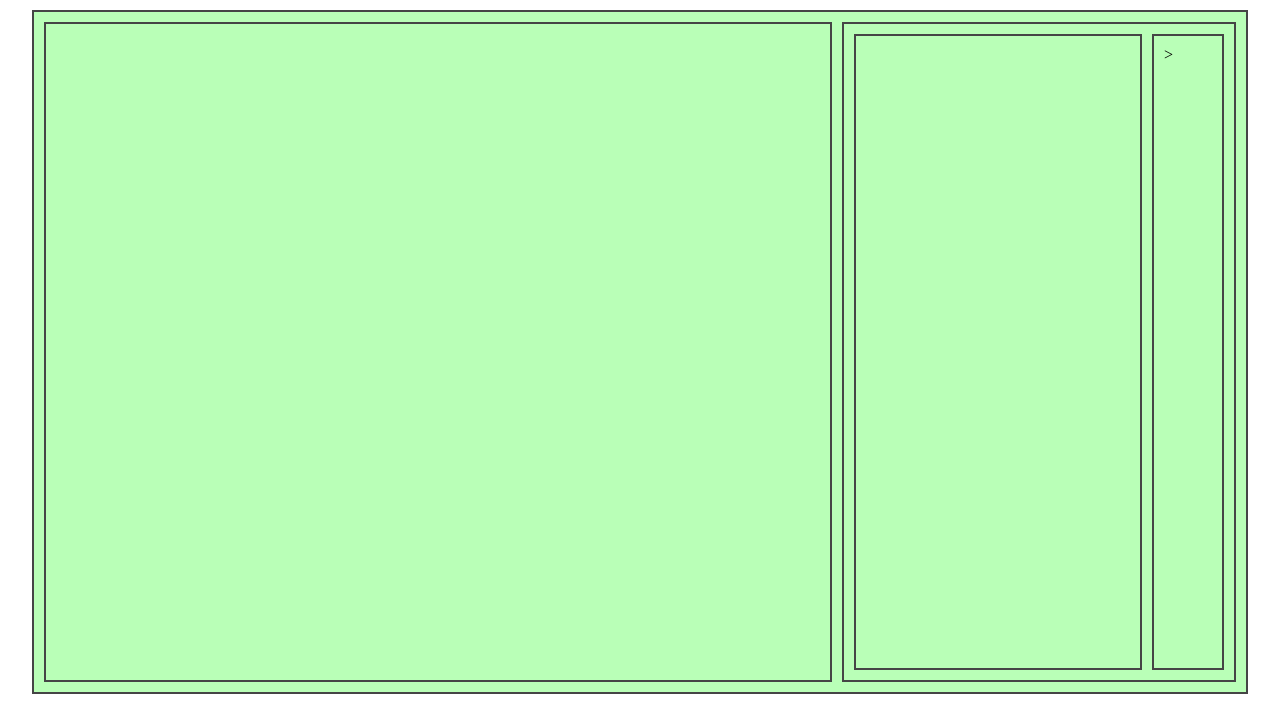
Repository: tannerbroberts/tannerbroberts.github.io
Page: /
The author's editor kept a copy of each file at every save. The page is drawn from the files as they stood at one save, then again after a run of saves.
The browser window is 1280 px wide. The pictures show the whole page.
The project was rebuilt for these pictures with package versions that can differ from the ones it lists, and the page was loaded fresh each time. Also part of the build but not shown: vite.config.ts.

Above is the page before, as saved 2022-10-04 09:52:18.

### src/index.js
import React from "react"
import ReactDOM from "react-dom/client"
import App from "./App"
import ATP_ContextProvider from "./providers/ATP_Context"

const root = ReactDOM.createRoot(document.getElementById("root"))
root.render(
	<React.StrictMode>
		<ATP_ContextProvider>
			<React.StrictMode>
				<App />
			</React.StrictMode>
		</ATP_ContextProvider>
	</React.StrictMode>
)

### src/App.js
import React from "react"
import { cssHelper } from "./api/cssHelper"
import Main from "./components/Main"
import Shelf from "./components/Shelf"

function App() {
	const AppCSS = {
		...cssHelper,
		height: "95vh",
		width: "95vw",
		marginTop: "10px",
		gridTemplate: "1fr / 2fr minmax(0px, 1fr)",
	}

	return (
		<div style={AppCSS}>
			<Main />
			<Shelf />
		</div>
	)
}

export default App

### src/providers/ATP_Context.js
/* eslint-disable react/prop-types */
import React, { useContext, useReducer, createContext } from "react"
import ATP_Reducer, { initialState } from "./ATP_Reducer"

export const ATP_StateContext = createContext()
export const ATP_DispatchContext = createContext()

export default function ATP_ContextProvider({ children }) {
	const [state, dispatch] = useReducer(ATP_Reducer, initialState)

	return (
		<ATP_StateContext.Provider value={state}>
			<ATP_DispatchContext.Provider value={dispatch}>
				{children}
			</ATP_DispatchContext.Provider>
		</ATP_StateContext.Provider>
	)
}

export const useATP_StateContext = () => useContext(ATP_StateContext)
export const useATP_DispatchContext = () =>
	useContext(ATP_DispatchContext)

### src/api/cssHelper.js
export const cssHelper = {
	boxSizing: "border-box",

	height: "100%",
	width: "100%",
	// border: "2px solid black",
	margin: "auto",
	padding: "10px",
	gap: "10px",
	display: "grid",
	// gridTemplateRows / gridTemplateColumns
	gridTemplate: "1fr / 1fr",
	backgroundColor: "rgb(185, 255, 183)",
	border: "2px solid rgb(69, 69, 69)",
}

export const mainColor = {
	backgroundColor: "blue",
}

### src/components/Shelf/index.js
export { default } from "./Shelf"

### src/providers/ATP_Reducer.js
export const initialState = {
	mainStack: [
		/* main frames */
		{ frameType: "", value: "" },
	],
	shelf: {
		/* directly corresponds to the main frame */
	},
	shelfOpen: true,
	library: [
		/* All items live here. Eventually, they're going to be returned from the server */
	],
	filters: [
		/* object list of matchers
		{complexVariableMatcher: criteria list}
		{nameContains: STRING},
		{containsVariable: VARIABLE_ID},
		{color: COLOR},
		{pattern: PATTERN},
		{owner: USER_ID},
		{createdBy: DATE},
		{length: TIME_LENGTH},
		{pattern: PATTERN},
		*/
	],
}

function loadFrame(state, action) {
	const stack = state.mainFrame
	stack.push(action.value)
	return { ...state, mainFrame: stack }
}

function closeFrame(state) {
	const stack = state.mainFrame
	stack.pop()
	return { ...state, mainFrame: stack }
}

function toggleShelf(state) {
	return { ...state, shelfOpen: !state?.shelfOpen }
}

const dispatchDictionary = {
	LOAD_FRAME: loadFrame,
	CLOSE_FRAME: closeFrame,
	TOGGLE_SHELF: toggleShelf,
}

export default function ATP_Reducer(state, action) {
	console.log('calling a reducer function now')
	if (action.type && dispatchDictionary[action.type])
		return dispatchDictionary[action.type](state, action)
}

### src/components/Main/Main.js
import React from "react"
import { cssHelper } from "../../api/cssHelper"

const MainCSS = {
	...cssHelper,
	width: "100%",
}

export default function Main() {
	return <div style={MainCSS} />
}

### src/components/Shelf/Shelf.js
/* eslint-disable react/prop-types */
import React from "react"
import { cssHelper } from "../../api/cssHelper"
import ShelfToggle from "./ShelfToggle"
import { useATP_StateContext } from "../../providers/ATP_Context"

const shelfContentCSS = (openStatus) => {
	const obj = { ...cssHelper }
	openStatus ? delete obj.display : (obj.display = "none")
	return obj
}

const shelfCSS = {
	...cssHelper,
	gridTemplate: "1fr / 4fr 1fr",
}

export default function Shelf() {
	const { shelfOpen } = useATP_StateContext()

	return (
		<div style={shelfCSS}>
			<div style={shelfContentCSS(shelfOpen)}></div>{" "}
			{/** content area */}
			<ShelfToggle />
		</div>
	)
}

### src/components/Shelf/ShelfToggle/index.js
export { default } from './ShelfToggle'

### src/components/Shelf/ShelfToggle/ShelfToggle.js
/* eslint-disable react/prop-types */
import React from "react"
import { useATP_StateContext } from "../../../providers/ATP_Context"
import { useATP_DispatchContext } from "../../../providers/ATP_Context"
import { cssHelper } from '../../../api/cssHelper'

export default function ShelfToggle() {
	const state = useATP_StateContext()
	const dispatch = useATP_DispatchContext()

	const shelfToggleCSS = {...cssHelper}

	return (
		<div
			style={shelfToggleCSS}
			onClick={() => dispatch({ type: "TOGGLE_SHELF" })}
		>
			{state?.shelfOpen ? ">" : "<"}
		</div>
	)
}

Loaded but not shown: public/index.html (common file); src/components/Main/index.js (common file)

After the next 2 saves:
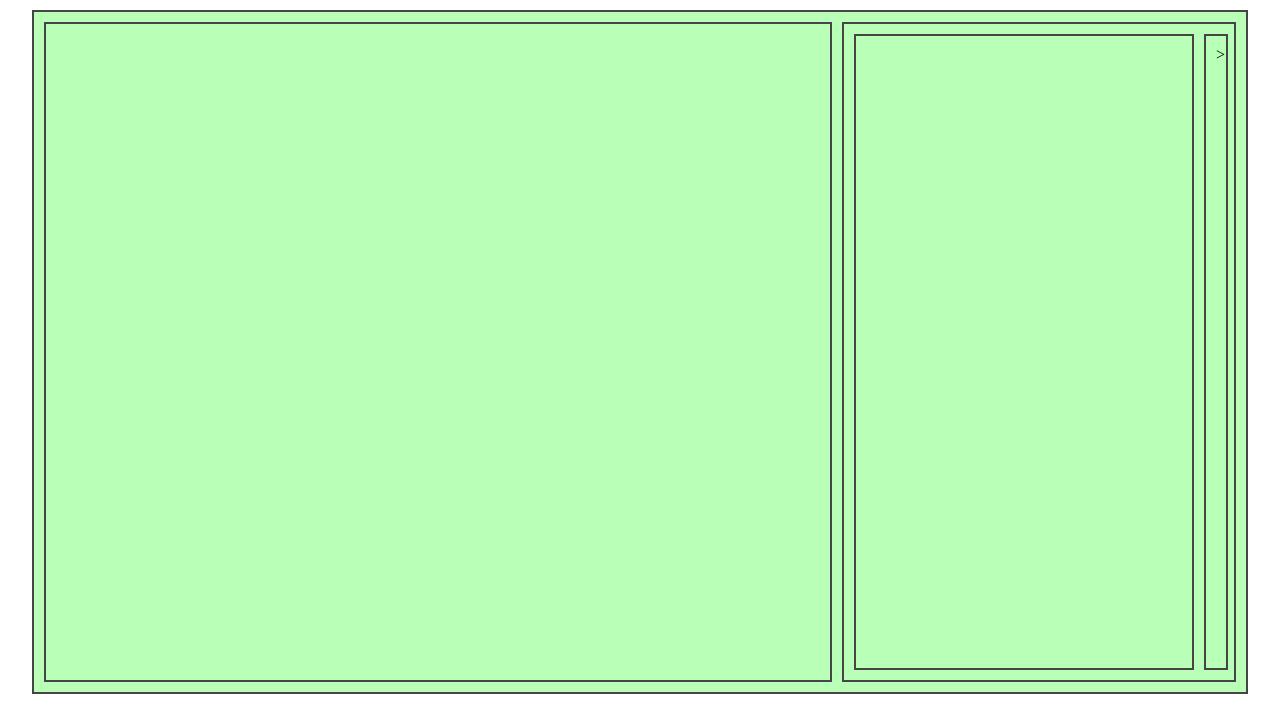
The 2 saves are shown as one change because they came seconds apart.
The last was saved 20 s later.
--- a/src/components/Shelf/Shelf.js
+++ b/src/components/Shelf/Shelf.js
@@ -12,7 +12,7 @@ const shelfContentCSS = (openStatus) => {
 
 const shelfCSS = {
 	...cssHelper,
-	gridTemplate: "1fr / 4fr 1fr",
+	gridTemplate: "1fr / 4fr 20px",
 }
 
 export default function Shelf() {
